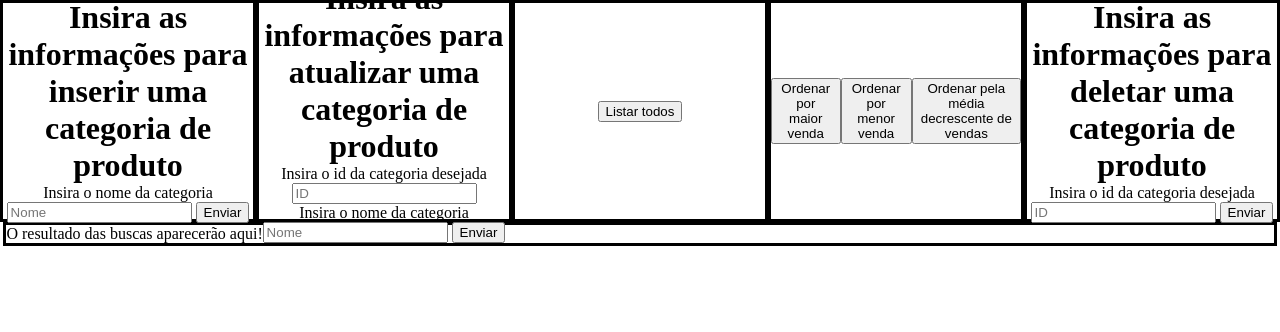
Repository: Matheus-Lacerda009/ERP-Financeiro
Page: Front/categoria_item/categoria_item.html
An editor plug-in stored every save of this project. The page is shown before and after a run of saves, followed by the edit.
The browser window is 1280 px wide. The pictures show the whole page.

Above is the page before, as saved 2026-07-13 19:43:18.

After the next 3 saves:
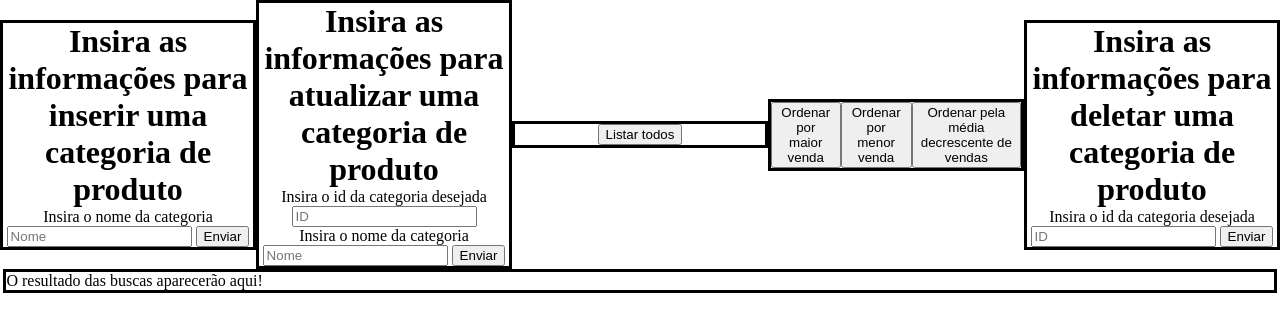
The 3 saves are shown as one change because they came seconds apart.
The last was saved 17 s later.
--- a/Front/categoria_item/categoria_item.css
+++ b/Front/categoria_item/categoria_item.css
@@ -12,8 +12,8 @@
 }
 
 .dados{
-    width: 70vw;
-    height: 30vh;
+    width: 70%;
+    height: 30%;
     border: 3px solid black;
     text-align: center;
     justify-content: center;

After the 2 saves that followed:
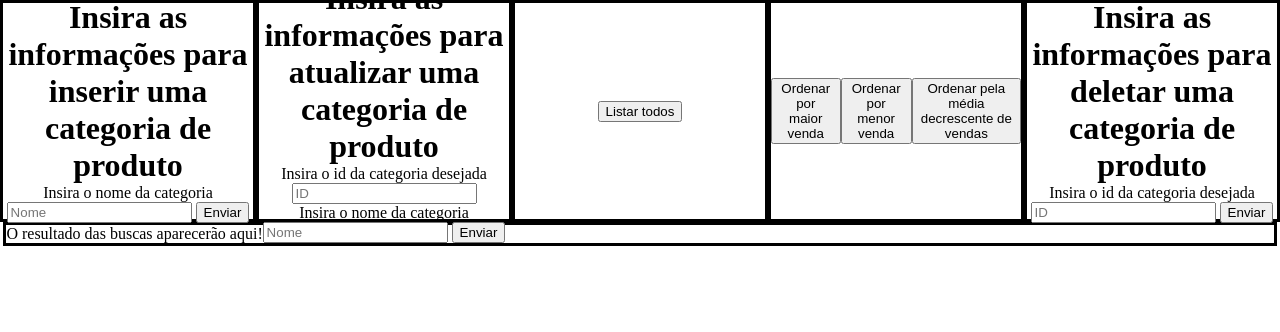
The 2 saves are shown as one change because 1 left the picture as it was.
The last was saved 14 s later.
--- a/Front/categoria_item/categoria_item.css
+++ b/Front/categoria_item/categoria_item.css
@@ -12,8 +12,8 @@
 }
 
 .dados{
-    width: 70%;
-    height: 30%;
+    width: 70vw;
+    height: 30vh;
     border: 3px solid black;
     text-align: center;
     justify-content: center;
